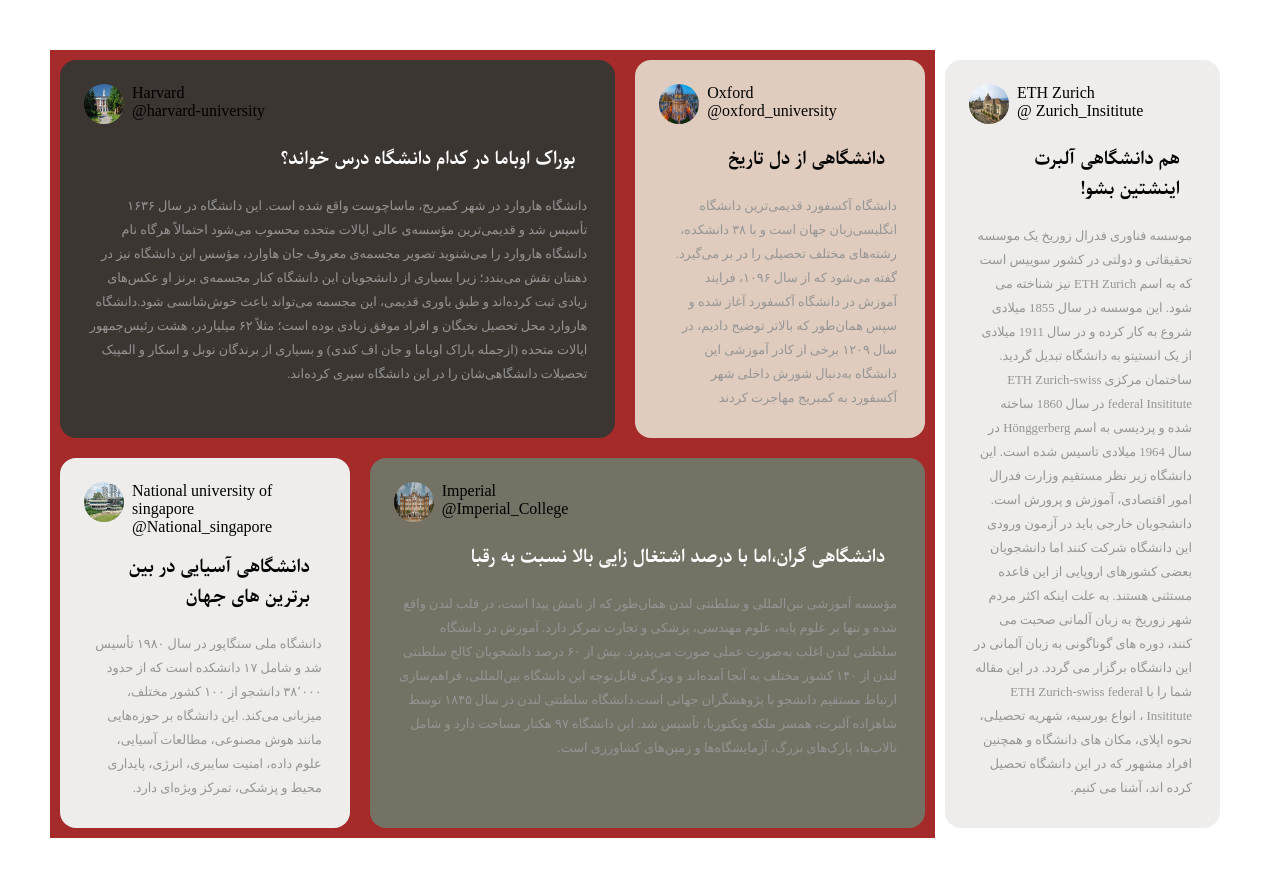
Repository: rahanwz/cards
Page: cards.html
An editor plug-in stored every save of this project. The page is shown before and after the next save, followed by the edit.
The browser window is 1280 px wide. The pictures show the whole page.

Above is the page before, as saved 2024-02-17 15:59:36.

### cards.html
<!DOCTYPE html>
<html lang="en">
  <head>
    <meta charset="UTF-8" />
    <meta name="viewport" content="width=device-width, initial-scale=1.0" />
    <title>Document</title>
    <link rel="stylesheet" href="cards.css" />
  </head>
  <body>
    <div class="container">
      <div class="boxcard1">
        <div class="cardcontainer big-card">
          <div class="card1">
            <div class="head">
              <div class="profile">
                <div class="profilecontaner">
                  <img
                    src="harvard-university-6591e0b9df73096be8d614ee.webp"
                    alt=""
                  />
                </div>
              </div>

              <div>
                <div class="user">Harvard</div>
                <div class="id">@harvard-university</div>
              </div>
            </div>
            <div class="descrip1" style="color: #ffffff;">بوراک اوباما در کدام دانشگاه درس خواند؟</div>
            <div class="descrip2" style=" color: #959595;">
              دانشگاه هاروارد در شهر کمبریج، ماساچوست واقع شده است. این دانشگاه
              در سال ۱۶۳۶ تأسیس شد و قدیمی‌ترین مؤسسه‌ی عالی ایالات متحده محسوب
              می‌شود احتمالاً هرگاه نام دانشگاه هاروارد را می‌شنوید تصویر
              مجسمه‌ی معروف جان هاوارد، مؤسس این دانشگاه نیز در ذهنتان نقش
              می‌بندد؛ زیرا بسیاری از دانشجویان این دانشگاه کنار مجسمه‌ی برنز او
              عکس‌های زیادی ثبت کرده‌اند و طبق باوری قدیمی، این مجسمه می‌تواند
              باعث خوش‌شانسی شود.دانشگاه هاروارد محل تحصیل نخبگان و افراد موفق
              زیادی بوده است؛ مثلاً ۶۲ میلیاردر، هشت‌ رئیس‌جمهور ایالات متحده
              (ازجمله باراک اوباما و جان اف کندی) و بسیاری از برندگان نوبل و
              اسکار و المپیک تحصیلات دانشگاهی‌شان را در این دانشگاه سپری
              کرده‌اند.
            </div>
          </div>
        </div>

        <div class="cardcontainer small-card">
          <div class="card2">
            <div class="head">
              <div class="profile">
                <div class="profilecontaner">
                  <img
                    src="oxford-university-jpg-6591b422df73096be8d6145c.webp"
                    alt=""
                  />
                </div>
              </div>
              <div>
                <div class="user">Oxford</div>
                <div class="id">@oxford_university</div>
              </div>
            </div>
            <div class="descrip1">دانشگاهی از دل تاریخ</div>
            <div class="descrip2">
              دانشگاه آکسفورد قدیمی‌ترین دانشگاه انگلیسی‌زبان جهان است و با ۳۸
              دانشکده، رشته‌های مختلف تحصیلی را در بر می‌گیرد. گفته می‌شود که از
              سال ۱۰۹۶، فرایند آموزش در دانشگاه آکسفورد آغاز شده و سپس همان‌طور
              که بالاتر توضیح دادیم، در سال ۱۲۰۹ برخی از کادر آموزشی این دانشگاه
              به‌دنبال شورش داخلی شهر آکسفورد به کمبریج مهاجرت کردند
            </div>
          </div>
        </div>

        <div class="cardcontainer small-card">
          <div class="card3">
            <div class="head">
              <div class="profile">
                <div class="profilecontaner">
                  <img src="nus-6591f1acdf73096be8d61515.webp" alt="" />
                </div>
              </div>

              <div>
                <div class="user">National university of singapore</div>
                <div class="id">@National_singapore</div>
              </div>
            </div>
            <div class="descrip1">دانشگاهی آسیایی در بین برترین های جهان</div>
            <div class="descrip2">
              دانشگاه ملی سنگاپور در سال ۱۹۸۰ تأسیس شد و شامل ۱۷ دانشکده‌ است که
              از حدود ۳۸٬۰۰۰ دانشجو از ۱۰۰ کشور مختلف، میزبانی می‌کند. این
              دانشگاه بر حوزه‌هایی مانند هوش مصنوعی، مطالعات آسیایی، علوم داده،
              امنیت سایبری، انرژی، پایداری محیط و پزشکی، تمرکز ویژه‌ای دارد.
            </div>
          </div>
        </div>
        <div class="cardcontainer big-card">
          <div class="card4">
            <div class="head">
              <div class="profile">
                <div class="profilecontaner">
                  <img
                    src="imperial-college-london-6591e911df73096be8d614fb.webp"
                    alt=""
                  />
                </div>
              </div>

              <div>
                <div class="user">Imperial</div>
                <div class="id">@Imperial_College</div>
              </div>
            </div>
            <div class="descrip1" style="color: #ffffff;">
              دانشگاهی گران،اما با درصد اشتغال زایی بالا نسبت به رقبا
            </div>
            <div class="descrip2">
              مؤسسه آموزشی بین‌المللی و سلطنتی لندن همان‌طور که از نامش پیدا
              است، در قلب لندن واقع شده و تنها بر علوم پایه، علوم مهندسی، پزشکی
              و تجارت تمرکز دارد. آموزش در دانشگاه سلطنتی لندن اغلب به‌صورت عملی
              صورت می‌پذیرد. بیش از ۶۰ درصد دانشجویان کالج سلطنتی لندن از ۱۴۰
              کشور مختلف به آنجا آمده‌اند و ویژگی قابل‌توجه این دانشگاه
              بین‌المللی، فراهم‌سازی ارتباط مستقیم دانشجو با پژوهشگران جهانی
              است.دانشگاه سلطنتی لندن در سال ۱۸۴۵ توسط شاهزاده آلبرت، همسر ملکه
              ویکتوریا، تأسیس شد. این دانشگاه ۹۷ هکتار مساحت دارد و شامل
              تالاب‌ها، پارک‌های بزرگ، آزمایشگاه‌ها و زمین‌های کشاورزی است.
            </div>
          </div>
        </div>
      </div>
      <div class="boxcard2">
        <div class="cardcontainer">
          <div class="card5">
            <div class="head">
              <div class="profile">
                <div class="profilecontaner">
                  <img src="zurich-eth-6591f083df73096be8d6150c.webp" alt="" />
                </div>
              </div>

              <div>
                <div class="user">ETH Zurich</div>
                <div class="id">@ Zurich_Insititute</div>
              </div>
            </div>
            <div class="descrip1" ">هم دانشگاهی آلبرت اینشتین بشو!</div>
            <div class="descrip2">
              موسسه فناوری فدرال زوریخ یک موسسه تحقیقاتی و دولتی در کشور سوییس
              است که به اسم ETH Zurich نیز شناخته می شود. این موسسه در سال 1855
              میلادی شروع به کار کرده و در سال 1911 میلادی از یک انستیتو به
              دانشگاه تبدیل گردید. ساختمان مرکزی ETH Zurich-swiss federal
              Insititute در سال 1860 ساخته شده و پردیسی به اسم Hönggerberg در
              سال 1964 میلادی تاسیس شده است. این دانشگاه زیر نظر مستقیم وزارت
              فدرال امور اقتصادی، آموزش و پرورش است. دانشجویان خارجی باید در
              آزمون ورودی این دانشگاه شرکت کنند اما دانشجویان بعضی کشورهای
              اروپایی از این قاعده مستثنی هستند. به علت اینکه اکثر مردم شهر
              زوریخ به زبان آلمانی صحبت می کنند، دوره های گوناگونی به زبان
              آلمانی در این دانشگاه برگزار می گردد. در این مقاله شما را با ETH
              Zurich-swiss federal Insititute ، انواع بورسیه، شهریه تحصیلی، نحوه
              اپلای، مکان های دانشگاه و همچنین افراد مشهور که در این دانشگاه
              تحصیل کرده اند، آشنا می کنیم.
            </div>
          </div>
        </div>
      </div>
    </div>
  </body>
</html>

### cards.css
* {
  padding: 0;
  margin: 0;
  box-sizing: border-box;
}

.container {
  display: flex;
  flex-direction: column;
  width: 100%;
  height: auto;
  padding: 3rem 2.5rem;
}

.head {
  display: flex;
}

.cardcontainer {
  width: 100%;
  padding: 10px;
}

.card1 {
  background-color: #3c3633;
  padding: 1.5rem;
  border-radius: 1rem;
}
.profile img {
  width: 40px;
  height: 40px;
  margin-right: 0.5rem;
  border-radius: 50%;
}

.descrip {
  padding-top: 1.5rem;
}

.card2 {
  background-color: #e0ccbe;
  padding: 1.5rem;
  border-radius: 1rem;
}
.card3 {
  background-color: #eeedeb;
  padding: 1.5rem;
  border-radius: 1rem;
}
.card4 {
  padding: 1.5rem;
  border-radius: 1rem;
  background-color: #747264;
}

.card5 {
  background-color: #eeedeb;
  padding: 1.5rem;
  border-radius: 1rem;
}

@media (min-width: 1024px) {
  .container {
    flex-direction: row;
    padding: 50px;
    height: 100%;
  }

  .boxcard1 {
    display: flex;
    width: 75%;
    height:20%;
    flex-wrap: wrap;
    background-color: brown;
  }

  .boxcard2 {
    width: 25%;
      height: 65%;
  }

  .big-card {
    width: 65%;
  }
  .small-card {
    width: 35%;
  }
  .card1,.card2,.card3,.card4,.card5{
    height: 100%;
  }

}
.descrip1,
.descrip2 {
  direction: rtl;
}

.descrip1{
 font-size:1.1rem;
 padding: 1rem;
 font-family: titr;
}

.descrip2{
  padding: .25rem;
  font-size:.80rem;
  line-height:1.5rem;
  color: #959595;
}


@font-face{
  font-family:titr;
  src: url(font/Parastoo-Bold-FD-WOL.woff);
}

After the next save:
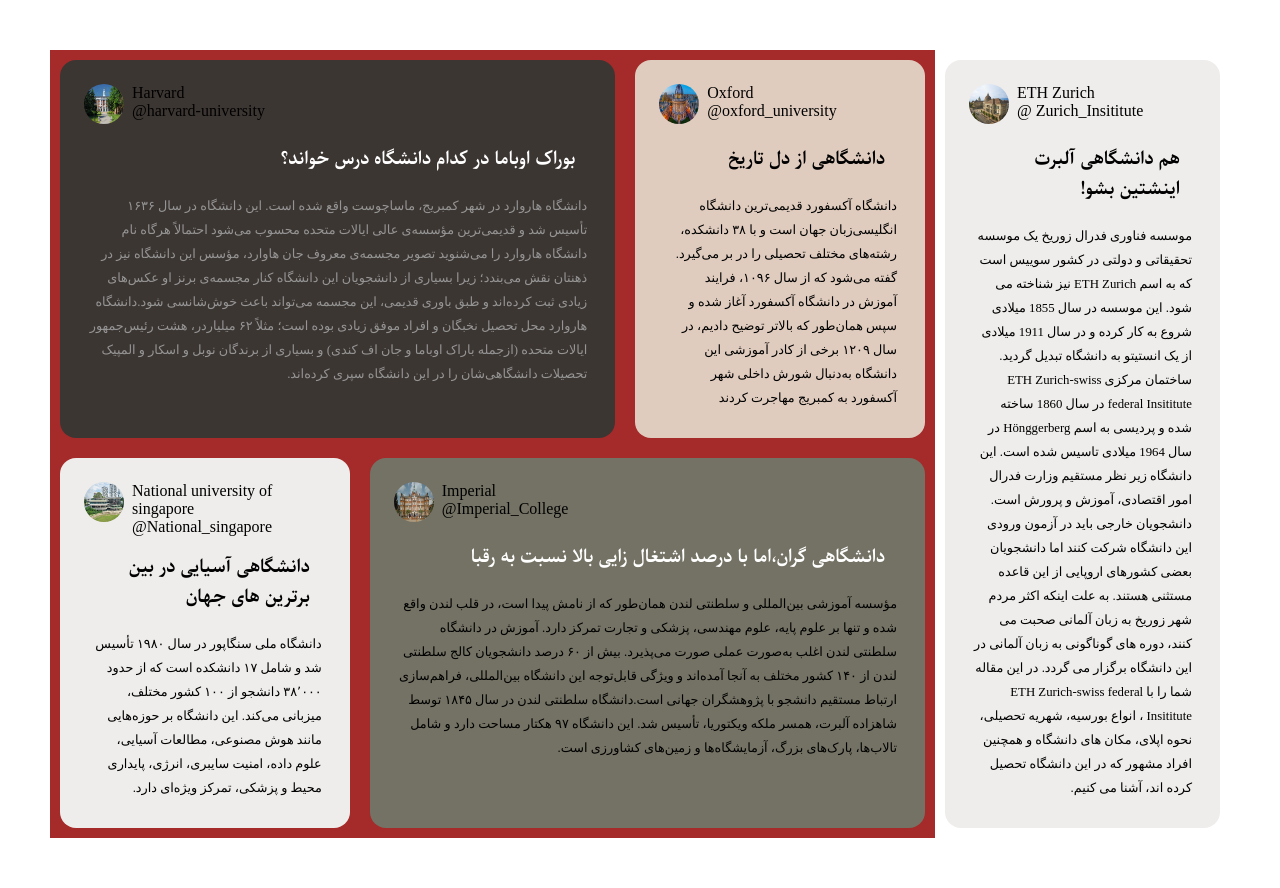
Saved 4 s later.
--- a/cards.css
+++ b/cards.css
@@ -105,7 +105,7 @@
   padding: .25rem;
   font-size:.80rem;
   line-height:1.5rem;
-  color: #959595;
+
 }
 
 
